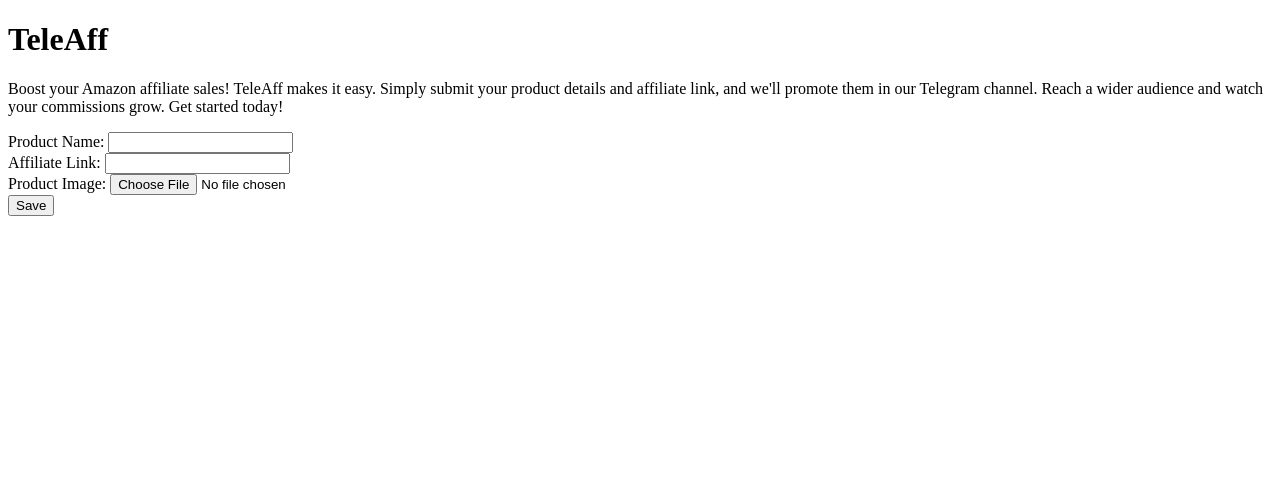
Repository: Natnael12119/TeleAff
Page: views/productForm.html
The author's editor kept a copy of each file at every save. The page is drawn from the files as they stood at one save, then again after the next save.
The browser window is 1280 px wide. The pictures show the whole page.

Above is the page before, as saved 2024-04-17 13:10:46.

### views/productForm.html
<!DOCTYPE html>
<html lang="en">
<head>
    <meta charset="UTF-8">
    <title>Amazon Affiliate App</title>
<body>
        <h1>TeleAff</h1>
        <p>Boost your Amazon affiliate sales!  TeleAff makes it easy. Simply submit your product details and affiliate link, and we'll promote them in our Telegram channel. Reach a wider audience and watch your commissions grow. Get started today!
        </p>
        <form id="productForm"  enctype="multipart/form-data" onsubmit="submitProduct(event)">
            <div class="form-group">
                <label for="productName">Product Name:</label>
                <input type="text" id="productName" name="product_name" class="form-control">
            </div>

            <div class="form-group">
                <label for="affiliateLink">Affiliate Link:</label>
                <input type="text" id="affiliateLink" name="affiliate_link" class="form-control">
            </div>

            <div class="form-group">
                <label for="productImage">Product Image:</label>
                <input type="file" id="productImage" name="productImage" class="form-control">
            </div>

            <button type="submit" class="btn">Save</button>
        </form>

        <!-- Success and Error Messages -->
        <div id="successMessage" style="display: none; color: green;">
            Data is successfully saved!
        </div>

        <div id="errorMessage" style="display: none; color: red;">
            Error saving data. Please try again.
        </div>

        <script src="/app.js"></script>
</body>
</html>

### app.js
const saveProduct = async () => {
    const productName = document.getElementById('productName').value;
    const affiliateLink = document.getElementById('affiliateLink').value;
    const productImage = document.getElementById('productImage').files[0]; // Access file object

    const formData = new FormData(); // Create FormData for image upload
    formData.append('productName', productName);
    formData.append('affiliateLink', affiliateLink);
    formData.append('productImage', productImage); // Append image file

    try {
      const response = await fetch('/products', {
        method: 'POST',
        body: formData // Send form data
      });
      const data = await response.json();
      console.log(data); // Handle success response
    } catch (error) {
      console.error(error);
      // Handle errors (e.g., display error message to user)
    }
  };

After the next save:
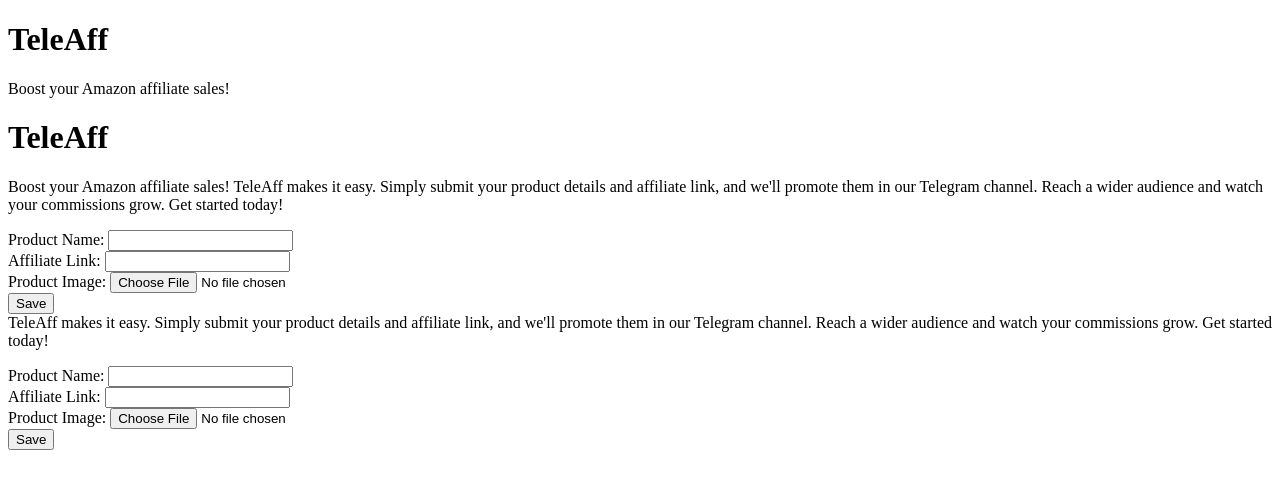
Console error: SyntaxError: Identifier 'saveProduct' has already been declared
Saved 47 s later.
--- a/views/productForm.html
+++ b/views/productForm.html
@@ -5,7 +5,46 @@
     <title>Amazon Affiliate App</title>
 <body>
         <h1>TeleAff</h1>
-        <p>Boost your Amazon affiliate sales!  TeleAff makes it easy. Simply submit your product details and affiliate link, and we'll promote them in our Telegram channel. Reach a wider audience and watch your commissions grow. Get started today!
+        <p>Boost your Amazon affiliate sales!<!DOCTYPE html>
+            <html lang="en">
+            <head>
+                <meta charset="UTF-8">
+                <title>Amazon Affiliate App</title>
+            <body>
+                    <h1>TeleAff</h1>
+                    <p>Boost your Amazon affiliate sales!  TeleAff makes it easy. Simply submit your product details and affiliate link, and we'll promote them in our Telegram channel. Reach a wider audience and watch your commissions grow. Get started today!
+                    </p>
+                    <form id="productForm"  enctype="multipart/form-data" onsubmit="submitProduct(event)">
+                        <div class="form-group">
+                            <label for="productName">Product Name:</label>
+                            <input type="text" id="productName" name="productName" class="form-control">
+                        </div>
+
+                        <div class="form-group">
+                            <label for="affiliateLink">Affiliate Link:</label>
+                            <input type="text" id="affiliateLink" name="affiliateLink" class="form-control">
+                        </div>
+
+                        <div class="form-group">
+                            <label for="productImage">Product Image:</label>
+                            <input type="file" id="productImage" name="productImage" class="form-control">
+                        </div>
+
+                        <button type="submit" class="btn">Save</button>
+                    </form>
+
+                    <!-- Success and Error Messages -->
+                    <div id="successMessage" style="display: none; color: green;">
+                        Data is successfully saved!
+                    </div>
+
+                    <div id="errorMessage" style="display: none; color: red;">
+                        Error saving data. Please try again.
+                    </div>
+
+                    <script src="/app.js"></script>
+            </body>
+            </html>  TeleAff makes it easy. Simply submit your product details and affiliate link, and we'll promote them in our Telegram channel. Reach a wider audience and watch your commissions grow. Get started today!
         </p>
         <form id="productForm"  enctype="multipart/form-data" onsubmit="submitProduct(event)">
             <div class="form-group">

After the save that followed:
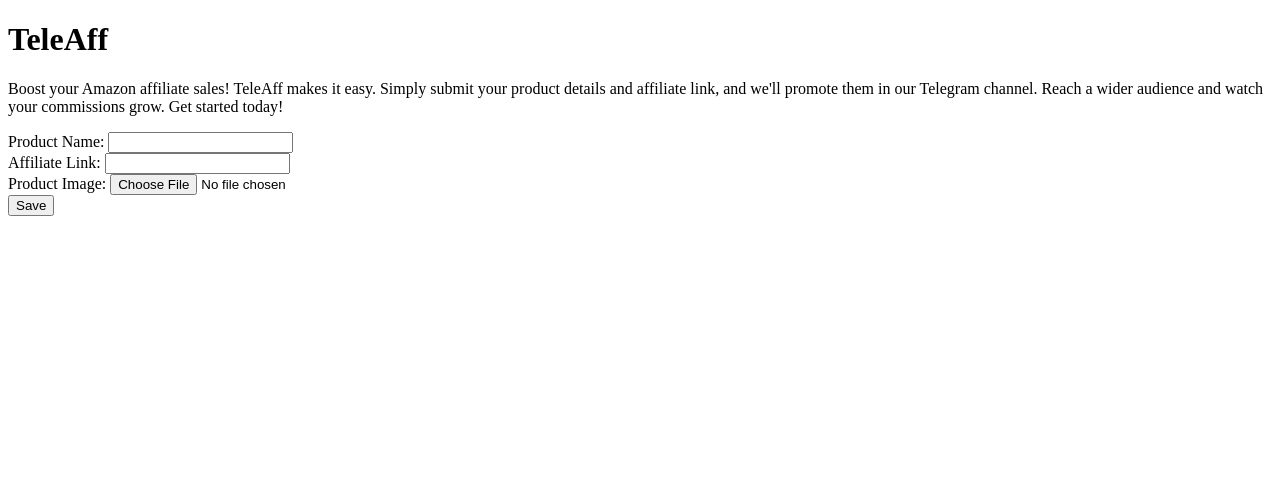
The error is gone.
Saved 3 min 42 s later.
--- a/views/productForm.html
+++ b/views/productForm.html
@@ -5,46 +5,7 @@
     <title>Amazon Affiliate App</title>
 <body>
         <h1>TeleAff</h1>
-        <p>Boost your Amazon affiliate sales!<!DOCTYPE html>
-            <html lang="en">
-            <head>
-                <meta charset="UTF-8">
-                <title>Amazon Affiliate App</title>
-            <body>
-                    <h1>TeleAff</h1>
-                    <p>Boost your Amazon affiliate sales!  TeleAff makes it easy. Simply submit your product details and affiliate link, and we'll promote them in our Telegram channel. Reach a wider audience and watch your commissions grow. Get started today!
-                    </p>
-                    <form id="productForm"  enctype="multipart/form-data" onsubmit="submitProduct(event)">
-                        <div class="form-group">
-                            <label for="productName">Product Name:</label>
-                            <input type="text" id="productName" name="productName" class="form-control">
-                        </div>
-
-                        <div class="form-group">
-                            <label for="affiliateLink">Affiliate Link:</label>
-                            <input type="text" id="affiliateLink" name="affiliateLink" class="form-control">
-                        </div>
-
-                        <div class="form-group">
-                            <label for="productImage">Product Image:</label>
-                            <input type="file" id="productImage" name="productImage" class="form-control">
-                        </div>
-
-                        <button type="submit" class="btn">Save</button>
-                    </form>
-
-                    <!-- Success and Error Messages -->
-                    <div id="successMessage" style="display: none; color: green;">
-                        Data is successfully saved!
-                    </div>
-
-                    <div id="errorMessage" style="display: none; color: red;">
-                        Error saving data. Please try again.
-                    </div>
-
-                    <script src="/app.js"></script>
-            </body>
-            </html>  TeleAff makes it easy. Simply submit your product details and affiliate link, and we'll promote them in our Telegram channel. Reach a wider audience and watch your commissions grow. Get started today!
+        <p>Boost your Amazon affiliate sales!  TeleAff makes it easy. Simply submit your product details and affiliate link, and we'll promote them in our Telegram channel. Reach a wider audience and watch your commissions grow. Get started today!
         </p>
         <form id="productForm"  enctype="multipart/form-data" onsubmit="submitProduct(event)">
             <div class="form-group">
